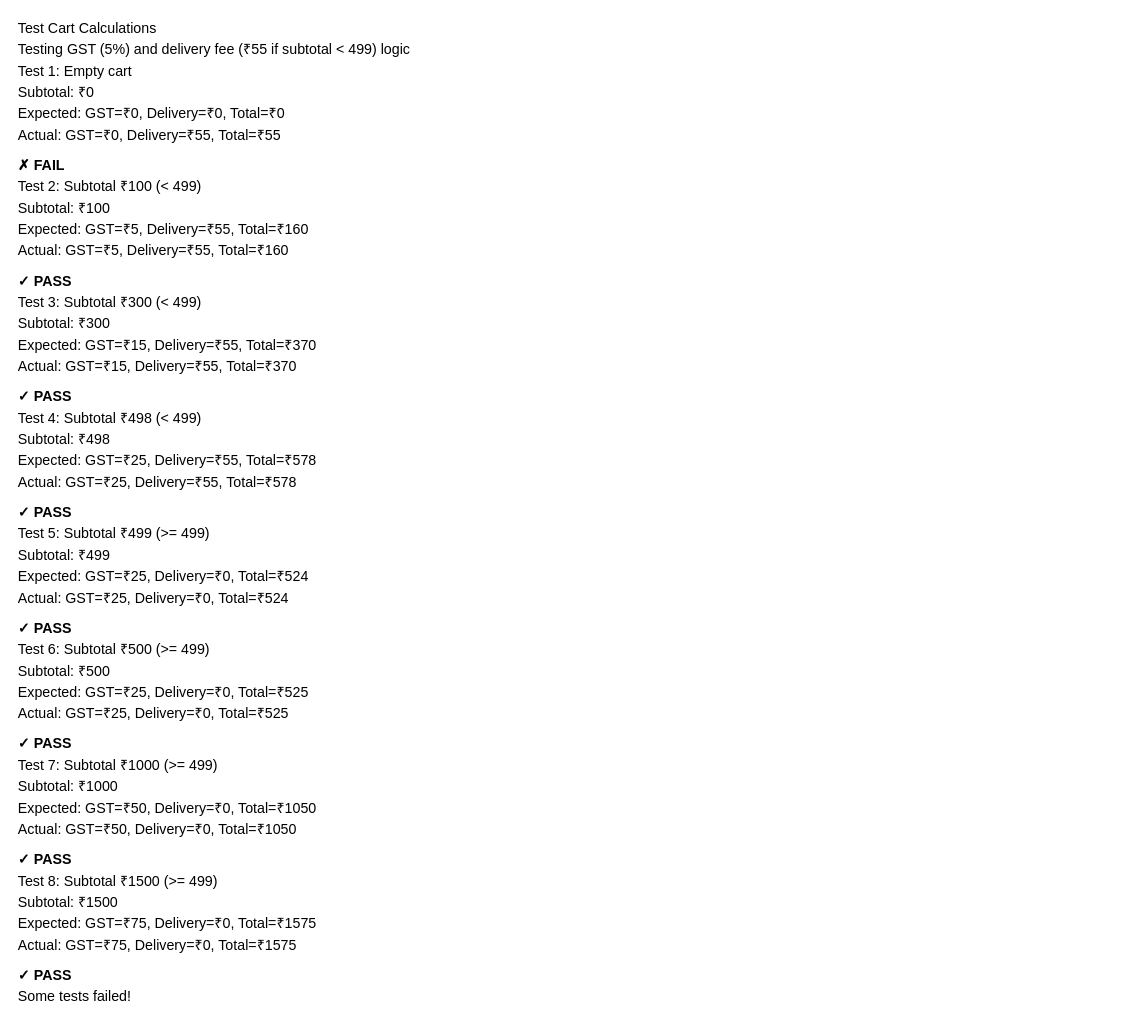
Repository: roydigital/DCB-Finaly-30-Novemeber
Page: test_cart_calculations.html
These files come from the project's save history. The page is drawn as it stood at one moment and after the next save; the edit follows.
The browser window is 1280 px wide. The pictures show the whole page, at 89% of full size.
Some web libraries are served in a nearby version.

Above is the page before, as saved 2025-12-03 15:11:22.

After the next save:
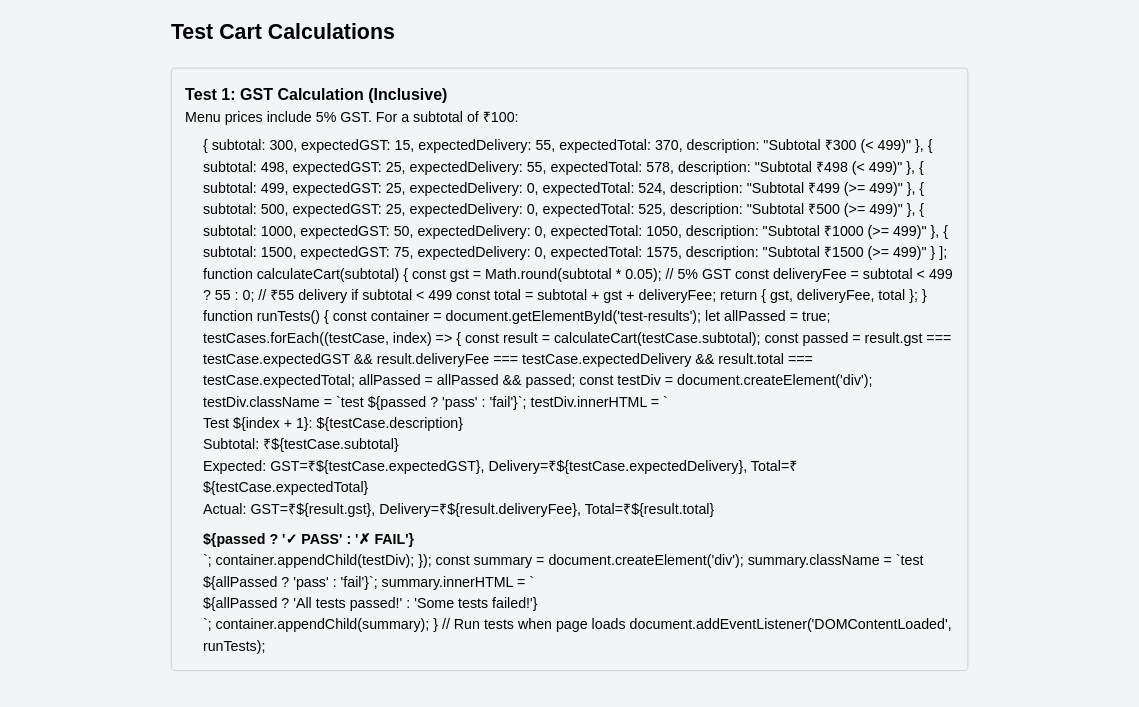
Saved 7 s later.
--- a/test_cart_calculations.html
+++ b/test_cart_calculations.html
@@ -7,20 +7,20 @@
     <script src="https://cdn.tailwindcss.com"></script>
     <style>
         body { font-family: sans-serif; padding: 20px; }
+        .test-case { margin: 20px 0; padding: 15px; border: 1px solid #ccc; border-radius: 5px; }
+        .pass { background-color: #d4edda; color: #155724; }
+        .fail { background-color: #f8d7da; color: #721c24; }
         .result { font-weight: bold; margin-top: 10px; }
     </style>
 </head>
-<body>
-    <h1>Test Cart Calculations</h1>
-    <p>Testing GST (5%) and delivery fee (₹55 if subtotal < 499) logic</p>
+<body class="bg-gray-100">
+    <div class="max-w-4xl mx-auto">
+        <h1 class="text-2xl font-bold mb-6">Test Cart Calculations</h1>
 
-    <div id="test-results"></div>
-
-    <script>
-        // Test cases
-        const testCases = [
-            { subtotal: 0, expectedGST: 0, expectedDelivery: 0, expectedTotal: 0, description: "Empty cart" },
-            { subtotal: 100, expectedGST: 5, expectedDelivery: 55, expectedTotal: 160, description: "Subtotal ₹100 (< 499)" },
+        <div class="test-case">
+            <h2 class="text-lg font-semibold">Test 1: GST Calculation (Inclusive)</h2>
+            <p>Menu prices include 5% GST. For a subtotal of ₹100:</p>
+            <ul class="list-disc pl-5 mt-2">
             { subtotal: 300, expectedGST: 15, expectedDelivery: 55, expectedTotal: 370, description: "Subtotal ₹300 (< 499)" },
             { subtotal: 498, expectedGST: 25, expectedDelivery: 55, expectedTotal: 578, description: "Subtotal ₹498 (< 499)" },
             { subtotal: 499, expectedGST: 25, expectedDelivery: 0, expectedTotal: 524, description: "Subtotal ₹499 (>= 499)" },
